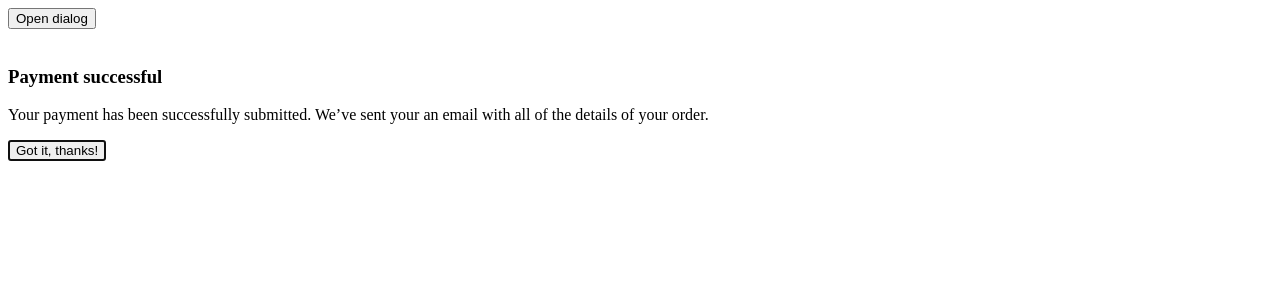
Repository: Marlstergo/modal
Page: /
The author's editor kept a copy of each file at every save. The page is drawn from the files as they stood at one save, then again after the next save.
The browser window is 1280 px wide. The pictures show the whole page.
The project was rebuilt for these pictures with package versions that can differ from the ones it lists, and the page was loaded fresh each time. The framework's server and built-in components were replaced by stand-ins that run in the browser.

Above is the page before, as saved 2021-07-13 17:06:29.

### pages/index.js
import React, { useState } from "react";

import Modal from "./components/modal";

export default function MyModal() {
  let [isOpen, setIsOpen] = useState(true);

  function closeModal() {
    setIsOpen(false);
  }

  function openModal() {
    setIsOpen(true);
  }

  return (
    <>
      <div className="fixed inset-0 flex items-center justify-center">
        <button
          type="button"
          onClick={openModal}
          className="px-4 py-2 text-sm font-medium text-white bg-black rounded-md bg-opacity-20 hover:bg-opacity-30 focus:outline-none focus-visible:ring-2 focus-visible:ring-white focus-visible:ring-opacity-75"
        >
          Open dialog
        </button>
      </div>
      <Modal isOpen={isOpen} setIsOpen={setIsOpen} closeModal={closeModal} openModal={openModal} />
    </>
  );
}

### pages/components/modal.jsx
import React, { Fragment } from "react";
import { Dialog, Transition } from "@headlessui/react";

const Modal = ({ closeModal, isOpen }) => (
  <div>
    <Transition appear show={isOpen} as={Fragment}>
      <Dialog
        as="div"
        className="fixed inset-0 z-10 overflow-y-auto"
        onClose={closeModal}
      >
        <div className="min-h-screen px-4 text-center">
          <Transition.Child
            as={Fragment}
            enter="ease-out duration-300"
            enterFrom="opacity-0"
            enterTo="opacity-100"
            leave="ease-in duration-200"
            leaveFrom="opacity-100"
            leaveTo="opacity-0"
          >
            <Dialog.Overlay className="fixed inset-0" />
          </Transition.Child>

          {/* This element is to trick the browser into centering the modal contents. */}
          <span
            className="inline-block h-screen align-middle"
            aria-hidden="true"
          >
            &#8203;
          </span>
          <Transition.Child
            as={Fragment}
            enter="ease-out duration-300"
            enterFrom="opacity-0 scale-95"
            enterTo="opacity-100 scale-100"
            leave="ease-in duration-200"
            leaveFrom="opacity-100 scale-100"
            leaveTo="opacity-0 scale-95"
          >
            <div className="inline-block w-full max-w-md p-6 my-8 overflow-hidden text-left align-middle transition-all transform bg-white shadow-xl rounded-2xl">
              <Dialog.Title
                as="h3"
                className="text-lg font-medium leading-6 text-gray-900"
              >
                Payment successful
              </Dialog.Title>
              <div className="mt-2">
                <p className="text-sm text-gray-500">
                  Your payment has been successfully submitted. We’ve sent your
                  an email with all of the details of your order.
                </p>
              </div>

              <div className="mt-4">
                <button
                  type="button"
                  className="inline-flex justify-center px-4 py-2 text-sm font-medium text-blue-900 bg-blue-100 border border-transparent rounded-md hover:bg-blue-200 focus:outline-none focus-visible:ring-2 focus-visible:ring-offset-2 focus-visible:ring-blue-500"
                  onClick={closeModal}
                >
                  Got it, thanks!
                </button>
              </div>
            </div>
          </Transition.Child>
        </div>
      </Dialog>
    </Transition>
  </div>
);

export default Modal;

Loaded but not shown: pages/_app.js (common file)

After the next save:
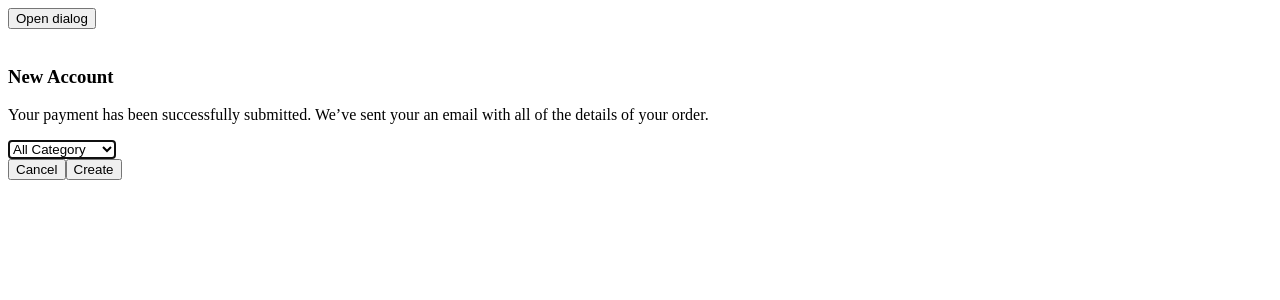
Saved 7 min 4 s later.
--- a/pages/components/modal.jsx
+++ b/pages/components/modal.jsx
@@ -43,13 +43,47 @@ const Modal = ({ closeModal, isOpen }) => (
                 as="h3"
                 className="text-lg font-medium leading-6 text-gray-900"
               >
-                Payment successful
+                New Account
               </Dialog.Title>
               <div className="mt-2">
                 <p className="text-sm text-gray-500">
                   Your payment has been successfully submitted. We’ve sent your
                   an email with all of the details of your order.
                 </p>
+                <select
+                  name="language"
+                  className="hidden md:block w-2/6 text-sm outline-none border-0 focus:outline-none focus:ring-0"
+                  id=""
+                >
+
+
+                  <option value="english">All Category</option>
+                  <option value="spanish">Es</option>
+                  <option value="spanish"><li>
+                    <a
+                      href="#googtrans(en|ja)"
+                      class="lang-es lang-select"
+                      data-lang="ja"
+                    >
+                      <img
+                        src="https://www.solodev.com/assets/google-translate/flag-japan.png"
+                        alt="JAPAN"
+                      />
+                    </a>
+                  </li></option>
+                  <option value="spanish"><li>
+                    <a
+                      href="#googtrans(en|zh-CN)"
+                      class="lang-es lang-select"
+                      data-lang="zh-CN"
+                    >
+                      <img
+                        src="https://www.solodev.com/assets/google-translate/flag-china.png"
+                        alt="CHINA"
+                      />
+                    </a>
+                  </li></option>
+                </select>
               </div>
 
               <div className="mt-4">
@@ -58,7 +92,14 @@ const Modal = ({ closeModal, isOpen }) => (
                   className="inline-flex justify-center px-4 py-2 text-sm font-medium text-blue-900 bg-blue-100 border border-transparent rounded-md hover:bg-blue-200 focus:outline-none focus-visible:ring-2 focus-visible:ring-offset-2 focus-visible:ring-blue-500"
                   onClick={closeModal}
                 >
-                  Got it, thanks!
+                  Cancel
+                </button>
+                <button
+                  type="button"
+                  className="inline-flex justify-center px-4 py-2 text-sm font-medium text-blue-900 bg-blue-100 border border-transparent rounded-md hover:bg-blue-200 focus:outline-none focus-visible:ring-2 focus-visible:ring-offset-2 focus-visible:ring-blue-500"
+                  onClick={closeModal}
+                >
+                  Create
                 </button>
               </div>
             </div>
